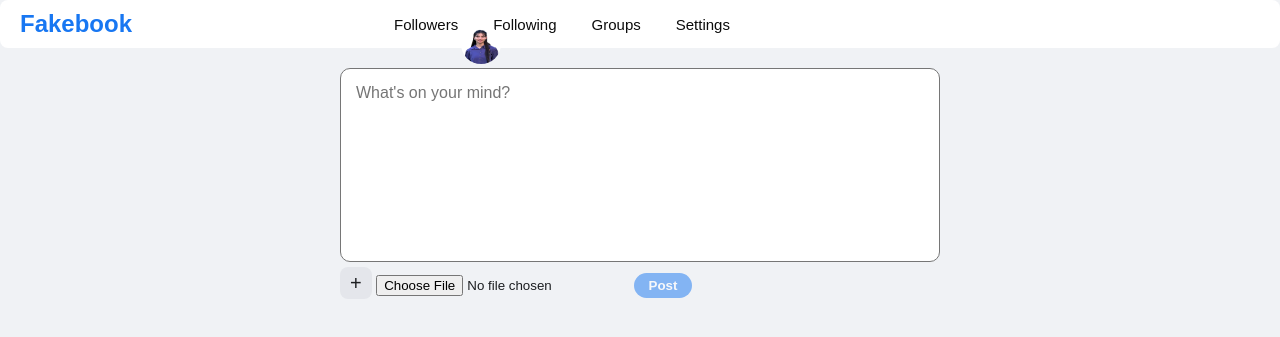
Repository: harpreetkaur2201/FAKEBOOK
Page: fakebook_profile/index.html
These files come from the project's save history. The page is drawn as it stood at one moment and after the next save; the edit follows.
The browser window is 1280 px wide. The pictures show the whole page.

Above is the page before, as saved 2025-11-14 19:59:54.

### fakebook_profile/index.html
<!doctype html>
<html lang="en">
<head>
  <meta charset="utf-8" />
  <meta name="viewport" content="width=device-width, initial-scale=1" />
  <title>Fakebook</title>
  <link rel="stylesheet" href="./assets/styles/style.css">
</head>
<body>
  <header>
    <div class="logo">Fakebook</div>
    <nav>
      <a href="#followers">Followers</a>
      <a href="#following">Following</a>
      <a href="#groups">Groups</a>
      <a href="#settings">Settings</a>
      <a href="#profile"><img id="headerAvatar" src="./assets/Profile pic.jpg" alt="Profile" class="avatar"></a>
    </nav>
  </header>

  <main>
    <section class="create-post">
      <form id="postForm">
        <textarea id="postText" placeholder="What's on your mind?" rows="9"></textarea>
        <div>
          <label for="imageInput">+</label>
            <input id="imageInput" type="file" accept="image/*">
          <button id="postBtn" type="submit" disabled>Post</button>
        </div>
      </form>
    </section>

    <section id="posts"></section>
  </main>

  <div id="modal" class="modal" aria-hidden="true">
    <div class="modal-content">
      <a href="#" id="closeModal">Close</a>
      <div>
        <div id="modalAvatar"></div>
        <h2 id="modalName">Your Name</h2>
        <p id="modalBio">Your bio will appear here.</p>
      </div>
    </div>
  </div>
    <script type="module" src="./assets/script/script.js"></script>
</body>
</html>

### fakebook_profile/assets/styles/style.css
* {
  padding: 0;
  margin: 0;
  box-sizing: border-box;
  font-family: Arial, sans-serif;
}

body {
  background: #f0f2f5;
  color: #1c1e21;

}

.container {
  max-width: 700px;
  margin: 20px auto;
  padding: 0 15px;
}

header {
  display: flex;
  justify-content: space-between;
  align-items: center;
  background: white;
  padding: 10px 20px;
  border-radius: 8px;
  color: #1877f2;
  position: relative;
}

header .logo {
  font-size: 1.5rem;
  font-weight: bold;
}

header nav {
  position: absolute;
  left: 30%;
  display: flex;
  gap: 15px;
  align-items: center;
}

header nav a {
  text-decoration: none;
  color: #0c0c0c;
  font-size: 15px;
  padding: 5px 10px;
  border-radius: 6px;
  transition: background 0.2s;
}

header nav a:hover {
  background: #e4e6eb;
}

header nav img.avatar {
  width: 40px;
  height: 40px;
  border-radius: 50%;
  position: absolute;
  right: 70%;
}

.create-post {
  max-width: 600px; /* limit width */
  margin: 20px auto; /* center form */
}

.create-post form {
  display: flex;
  flex-direction: column;
  gap: 10px;
 /* background: white;
  padding: 15px;
  margin-top: 20px;
  border-radius: 10px; */
}

.create-post label {
  cursor: pointer;
  font-size: 20px;
  background: #e4e6eb;
  padding: 5px 10px;
  border-radius: 8px;
}

#create-post input[type="file"] {
  display: none; /* hide default choose file text */
}

#create-post textarea,
.create-post textarea {
  width: 100%;
  min-height: 120px;
  padding: 15px;
  border-radius: 10px;
  font-size: 16px;
  resize: none;
}

.controls {
  display: flex;
  align-items: center;
  gap: 10px;
}

.file-label {
  background: #e4e6eb;
  padding: 5px 8px;
  border-radius: 8px;
  cursor: pointer;
}

.controls input[type="file"] {
  display: none;
}

#postBtn {
  padding: 5px 15px;
  border-radius: 20px;
  background: #1877f2;
  color: white;
  font-weight: bold;
  cursor: pointer;
  border: none;
}

#postBtn:disabled {
  opacity: 0.5;
  cursor: not-allowed;
}

.posts {
  margin-top: 20px;
  display: flex;
  flex-direction: column;
  gap: 15px;
}

.post {
  background: white;
  padding: 10px;
  border-radius: 10px;
}

.post-header {
  display: flex;
  align-items: center;
  gap: 10px;
  margin-bottom: 8px;
}

.post-header .avatar {
  width: 35px;
  height: 35px;
  border-radius: 50%;
  background: #ccc;
  display: flex;
  align-items: center;
  justify-content: center;
  color: white;
  font-weight: bold;
}

.post-body img {
  max-width: 100%;
  margin-top: 8px;
  border-radius: 8px;
}

.modal {
  position: fixed;
  inset: 0;
  background: rgba(0, 0, 0, 0.5);
  display: flex;
  justify-content: center;
  align-items: center;
  opacity: 0;
  pointer-events: none;
  transition: opacity 0.3s ease;
  z-index: 1000;
}

.modal[aria-hidden="false"] {
  opacity: 1;
  pointer-events: auto;
}

.modal-content {
  background: white;
  padding: 20px;
  border-radius: 12px;
  max-width: 400px;
  width: 90%;
  position: relative;
  box-shadow: 0 4px 10px rgba(0, 0, 0, 0.2);
  text-align: center;
}

.modal-content #closeModal {
  position: absolute;
  top: 10px;
  right: 15px;
  font-size: 1.2rem;
  text-decoration: none;
  color: #333;
}

.account-view h2 {
  margin: 10px 0 5px 0;
  font-size: 1.2rem;
}

.account-view .bio-text {
  font-size: 14px;
  color: #2d2626;
  margin-bottom: 10px;
}

.modal-avatar img {
  width: 60px;
  height: 60px;
  border-radius: 50%;
  object-fit: cover;
}

.account-view div a {
  display: inline-block;
  flex: 1;
  margin: 5px 3px;
  padding: 6px;
  border-radius: 8px;
  background: #e4e6eb;
  font-weight: 500;
  text-decoration: none;
  color: #000;
  transition: background 0.2s;
}

.account-view div a:hover {
  background: #d8dadf;
}

### fakebook_profile/assets/script/script.js
// assets/script/script.js  (make sure index.html uses this file path with type="module")
import { User } from './user.js';
import { Subscriber } from './subscriber.js';

document.addEventListener('DOMContentLoaded', () => {
  // DOM
  const postForm = document.getElementById('postForm');
  const postText = document.getElementById('postText');
  const imageInput = document.getElementById('imageInput');
  const postBtn = document.getElementById('postBtn');
  const postsContainer = document.getElementById('posts');

  const headerAvatar = document.getElementById('headerAvatar');
  const modal = document.getElementById('modal');
  const closeModalBtn = document.getElementById('closeModal');
  const modalName = document.getElementById('modalName');
  const modalBio = document.getElementById('modalBio');
  const modalAvatar = document.getElementById('modalAvatar');

  // Create Subscriber with all required properties (manually provided)
  const account = new Subscriber(
    101,                                  // id
    "Harpreet Kaur",                      // name
    "harpreet123",                        // userName
    "harpreet@example.com",               // email
    ["Food Lovers", "Travel Diaries"],    // pages (array)
    ["Winnipeg Students", "Punjabi Group"], // groups (array)
    true                                  // canMonetize (boolean)
  );

  // UI-only profile (bio + profile pic) — NOT part of the User required fields
  const accountProfile = {
    bio: "Hi! I love food and travel.",
    profilePic: "./assets/Profile pic.jpg"
  };

  // Post class uses account.getInfo() for header name
  class Post {
    constructor(userInfo, profile, text, image) {
      this.userInfo = userInfo; // object from getInfo()
      this.profile = profile;   // UI fields
      this.text = text;
      this.image = image;
      this.time = new Date();
    }

    render() {
      const postDiv = document.createElement('div');
      postDiv.className = 'post';

      // Header: avatar, name, time
      const headerDiv = document.createElement('div');
      headerDiv.className = 'post-header';

      const avatarDiv = document.createElement('div');
      avatarDiv.className = 'avatar';
      if (this.profile.profilePic) {
        avatarDiv.style.backgroundImage = `url(${this.profile.profilePic})`;
        avatarDiv.style.backgroundSize = 'cover';
        avatarDiv.style.backgroundPosition = 'center';
      } else {
        avatarDiv.textContent = this.userInfo.name.charAt(0);
      }

      const nameDiv = document.createElement('div');
      const nameEl = document.createElement('div');
      nameEl.textContent = this.userInfo.name;

      const timeEl = document.createElement('div');
      timeEl.className = 'post-meta';
      timeEl.textContent = this.time.toLocaleString();

      nameDiv.appendChild(nameEl);
      nameDiv.appendChild(timeEl);
      headerDiv.appendChild(avatarDiv);
      headerDiv.appendChild(nameDiv);

      // Body
      const bodyDiv = document.createElement('div');
      bodyDiv.className = 'post-body';
      if (this.text && this.text.trim() !== '') {
        const textP = document.createElement('p');
        textP.textContent = this.text;
        textP.style.textAlign = 'center';
        bodyDiv.appendChild(textP);
      }
      if (this.image) {
        const img = document.createElement('img');
        img.src = this.image;
        img.alt = 'Posted image';
        bodyDiv.appendChild(img);
      }

      postDiv.appendChild(headerDiv);
      postDiv.appendChild(bodyDiv);
      return postDiv;
    }
  }

  const posts = [];

  // Toggle Post button: require text OR image
  function togglePostBtn() {
    postBtn.disabled = postText.value.trim() === '' && imageInput.files.length === 0;
  }

  postText.addEventListener('input', togglePostBtn);
  imageInput.addEventListener('change', togglePostBtn);

  // Submit
  postForm.addEventListener('submit', (e) => {
    e.preventDefault();
    if (imageInput.files[0]) {
      const reader = new FileReader();
      reader.onload = () => createPost(reader.result);
      reader.readAsDataURL(imageInput.files[0]);
    } else {
      createPost(null);
    }
  });

  function createPost(imageData) {
    const userInfo = account.getInfo(); // Subscriber.getInfo() calls super.getInfo()
    const newPost = new Post(userInfo, accountProfile, postText.value, imageData);
    posts.unshift(newPost);
    renderPosts();
    postForm.reset();
    togglePostBtn();
  }

  function renderPosts() {
    postsContainer.innerHTML = '';
    posts.forEach(p => {
      if (p.text || p.image) postsContainer.appendChild(p.render());
    });
  }

  // Modal logic — USE getInfo() to populate
  headerAvatar.addEventListener('click', () => {
    const info = account.getInfo();  // <-- must come from getInfo()
    modalName.textContent = info.name;
    modalBio.textContent = accountProfile.bio || '';
    modalAvatar.innerHTML = '';
    if (accountProfile.profilePic) {
      const img = document.createElement('img');
      img.src = accountProfile.profilePic;
      img.alt = info.name;
      modalAvatar.appendChild(img);
    }

    // OPTIONAL: show subscriber details inside modal too (pages/groups)
    // Example: append below bio:
    const extra = document.createElement('div');
    extra.innerHTML = `<small>Pages: ${info.pages.join(', ') || '—'}</small><br>
                       <small>Groups: ${info.groups.join(', ') || '—'}</small><br>
                       <small>Can monetize: ${info.canMonetize}</small>`;
    modalAvatar.parentElement.appendChild(extra);

    modal.setAttribute('aria-hidden', 'false');
  });

  closeModalBtn.addEventListener('click', () => {
    modal.setAttribute('aria-hidden', 'true');
    // remove appended extra if present (clean)
    const parent = modalAvatar.parentElement;
    if (parent.lastElementChild && parent.lastElementChild.tagName === 'DIV' &&
        parent.lastElementChild.innerHTML.includes('Can monetize')) {
      parent.removeChild(parent.lastElementChild);
    }
  });

  modal.addEventListener('click', (e) => { if (e.target === modal) modal.setAttribute('aria-hidden', 'true'); });

  // initial
  togglePostBtn();
}); // end DOMContentLoaded

### fakebook_profile/assets/script/user.js
'use strict';

// user.js
export class User {
  #id;
  #name;
  #userName;
  #email;

  constructor(id, name, userName, email) {
    this.#id = id;
    this.#name = name;
    this.#userName = userName;
    this.#email = email;
  }

  getInfo() {
    return {
      id: this.#id,
      name: this.#name,
      userName: this.#userName,
      email: this.#email
    };
  }
}

### fakebook_profile/assets/script/subscriber.js
'use strict';
// subscriber.js
import { User } from './user.js';

export class Subscriber extends User {
  #pages;
  #groups;
  #canMonetize;

  constructor(id, name, userName, email, pages = [], groups = [], canMonetize = false) {
    super(id, name, userName, email);
    this.#pages = pages;
    this.#groups = groups;
    this.#canMonetize = canMonetize;
  }

  getInfo() {
    return {
      ...super.getInfo(),
      pages: this.#pages,
      groups: this.#groups,
      canMonetize: this.#canMonetize
    };
  }
}

After the next save:
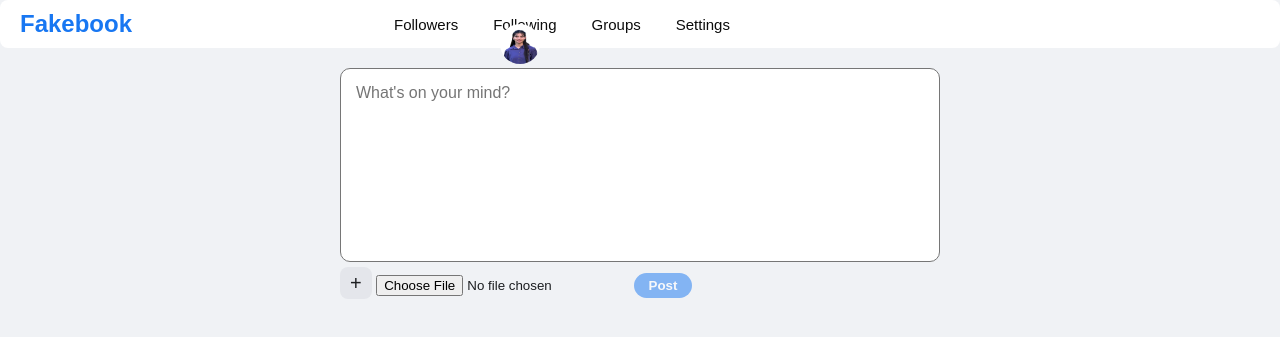
Saved 6 s later.
--- a/fakebook_profile/assets/styles/style.css
+++ b/fakebook_profile/assets/styles/style.css
@@ -59,7 +59,7 @@ header nav img.avatar {
   height: 40px;
   border-radius: 50%;
   position: absolute;
-  right: 70%;
+  right: 60%;
 }
 
 .create-post {
